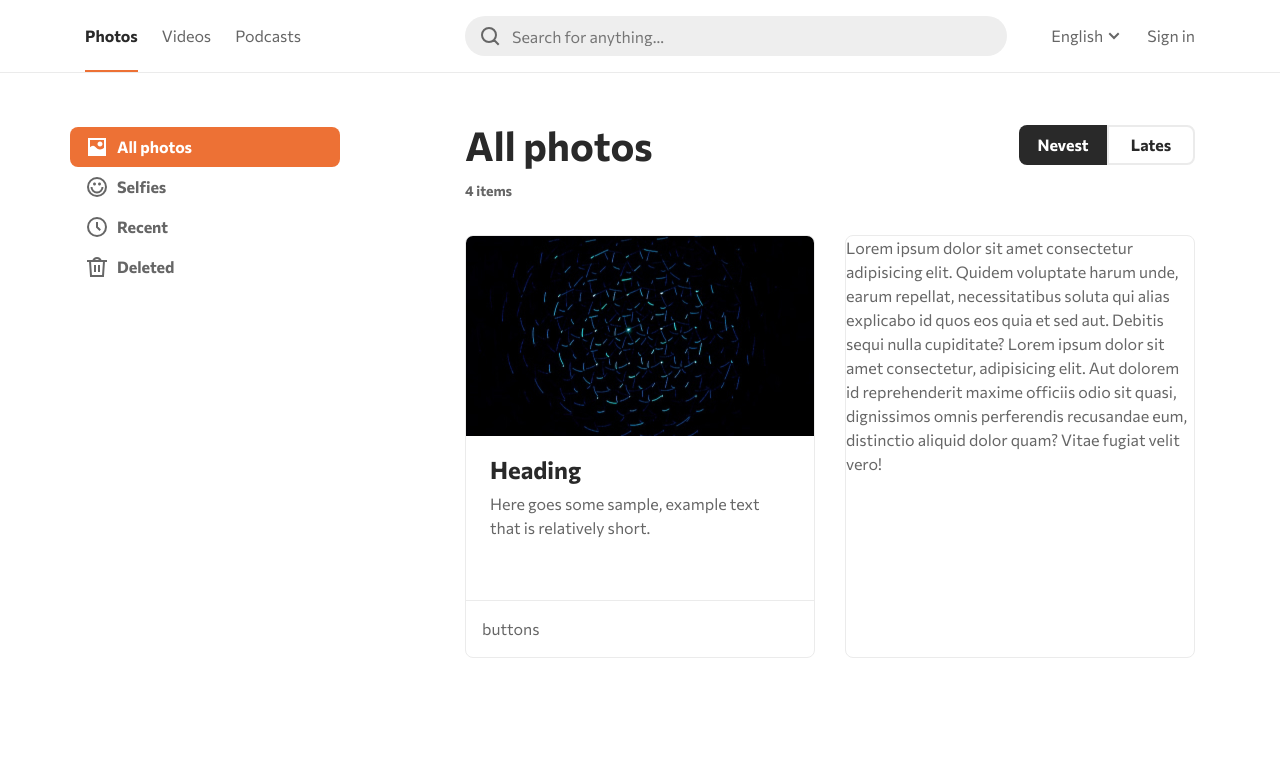
Repository: densavi/djinni
Page: index.html
An editor plug-in stored every save of this project. The page is shown before and after the next save, followed by the edit.
The browser window is 1280 px wide. The pictures show the whole page.
The style sheet was rebuilt from its Sass, Less or Tailwind sources for each picture, by a compiler version that may differ from the author's.

Above is the page before, as saved 2023-04-11 00:16:56.

After the next save:
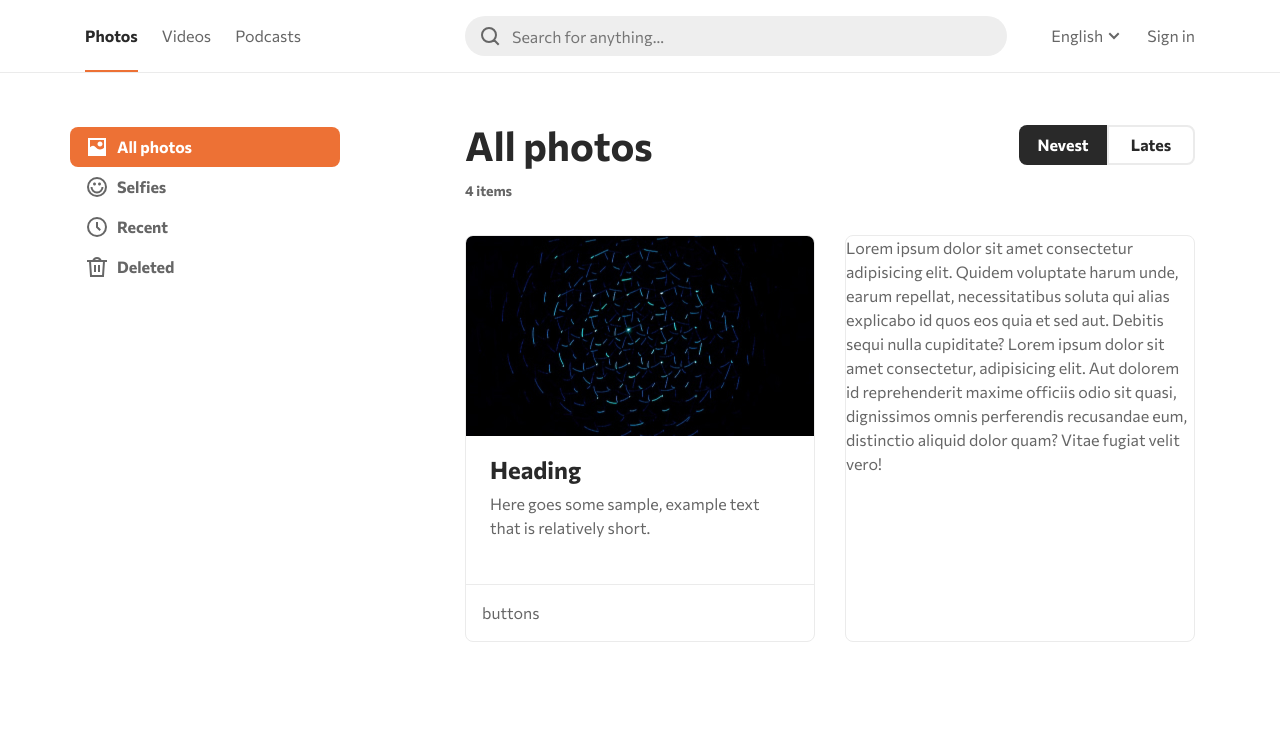
Saved 30 s later.
--- a/css/components/_post.scss
+++ b/css/components/_post.scss
@@ -6,6 +6,9 @@
   margin-bottom: 24px;
   &__info {
     flex: 1;
+  }
+  &__descr {
+    margin: 0;
   }
   &__image {
     display: flex;
